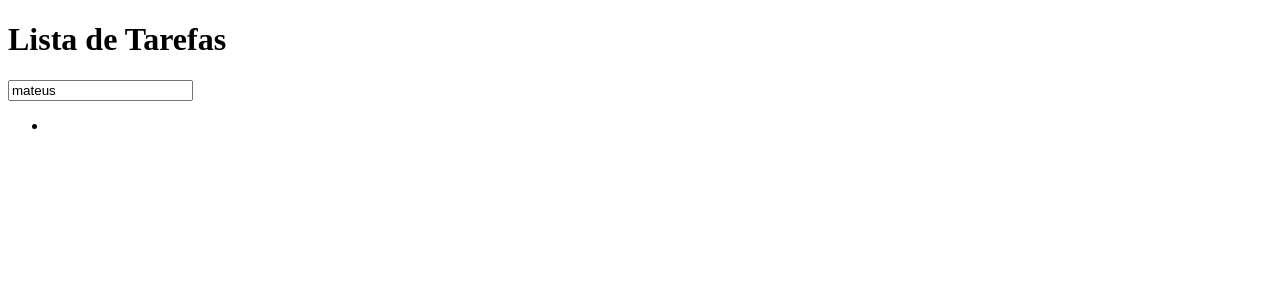
Repository: mateus-henrique-silva/Angular-lista-de-tarefas
Page: / (app in angiularTarefas/)
These files come from the project's save history. The page is drawn as it stood at one moment and after the next save; the edit follows.
The browser window is 1280 px wide. The pictures show the whole page.
The project was rebuilt for these pictures with package versions that can differ from the ones it lists, and the page was loaded fresh each time. Also part of the build but not shown: angiularTarefas/angular.json.

Above is the page before, as saved 2022-07-12 09:31:55.

### angiularTarefas/src/index.html
<!doctype html>
<html lang="en">
<head>
  <meta charset="utf-8">
  <title>AngiularTarefas</title>
  <base href="/">
  <meta name="viewport" content="width=device-width, initial-scale=1">
  <link rel="icon" type="image/x-icon" href="favicon.ico">
</head>
<body>
  <app-root></app-root>
</body>
</html>

### angiularTarefas/src/app/app.component.ts
import { Component } from '@angular/core';

@Component({
  selector: 'app-root',
  templateUrl: './app.component.html',
  styleUrls: ['./app.component.css']
})
export class AppComponent {
  title = 'Lista de Tarefas';
teste="mateus"

}

### angiularTarefas/src/app/app.component.html
<h1>{{title}}</h1>
<input #nome type="text"[value]="teste" (input)="teste = nome.value" />
<ul>
  <li>{{test}}</li>
</ul>

Loaded but not shown: angiularTarefas/src/styles.css (common file); angiularTarefas/src/main.ts (common file); angiularTarefas/src/app/app.module.ts (common file); angiularTarefas/src/environments/environment.ts (common file); angiularTarefas/src/app/app.component.css (no stored copy; drawn as an empty file)

After the next save:
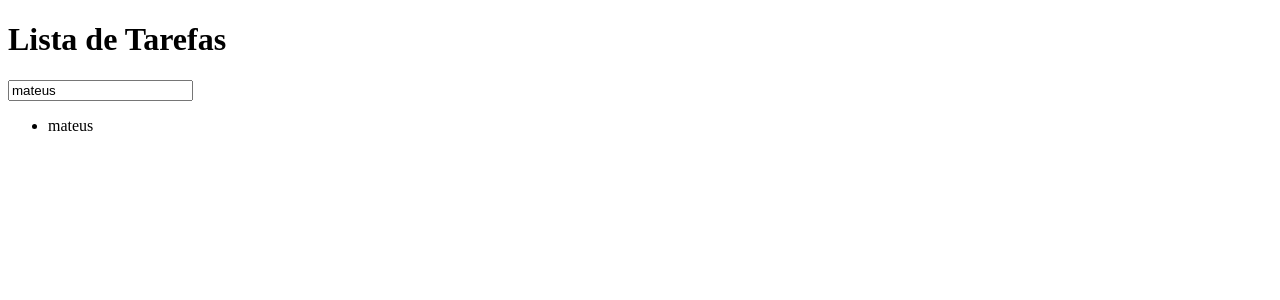
Saved 25 s later.
--- a/angiularTarefas/src/app/app.component.html
+++ b/angiularTarefas/src/app/app.component.html
@@ -1,5 +1,5 @@
 <h1>{{title}}</h1>
 <input #nome type="text"[value]="teste" (input)="teste = nome.value" />
 <ul>
-  <li>{{test}}</li>
+  <li>{{teste}}</li>
 </ul>
